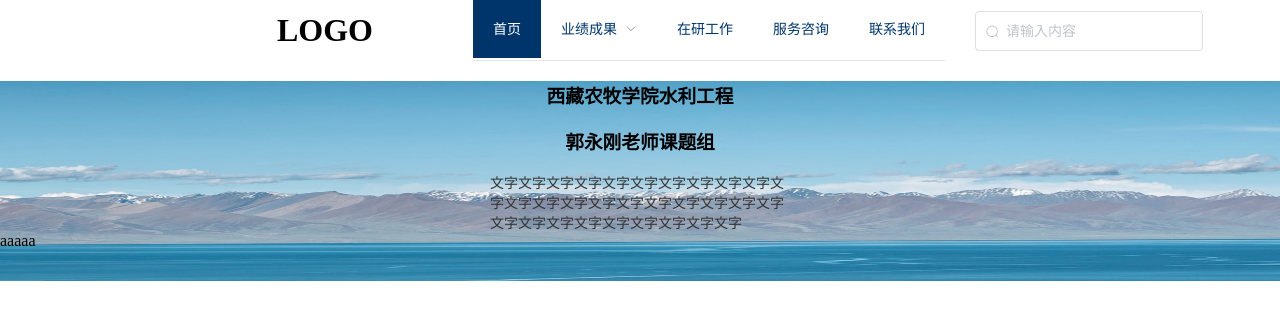
Repository: BLSY/xzust
Page: /
These files come from the project's save history. The page is drawn as it stood at one moment and after the next save; the edit follows.
The browser window is 1280 px wide. The pictures show the whole page.
The project was rebuilt for these pictures with package versions that can differ from the ones it lists, and the page was loaded fresh each time.

Above is the page before, as saved 2022-11-26 20:58:31.

### index.html
<!DOCTYPE html>
<html>
  <head>
    <meta charset="utf-8">
    <meta name="viewport" content="width=device-width,initial-scale=1.0">
    <title>student</title>
  </head>
  <body style="margin:0;">
    <div id="app"></div>
    <!-- built files will be auto injected -->
  </body>
</html>

### src/main.js
// The Vue build version to load with the `import` command
// (runtime-only or standalone) has been set in webpack.base.conf with an alias.
import Vue from 'vue'
import App from './App'
import ElementUI from 'element-ui';
import 'element-ui/lib/theme-chalk/index.css';
import router from './router'

Vue.use(ElementUI);
Vue.config.productionTip = false

/* eslint-disable no-new */
new Vue({
  el: '#app',
  router,
  components: { App },
  template: '<App/>'
})

### src/App.vue
<template>
  <div id="app">
    <router-view/>
  </div>
</template>

<script>
export default {
  name: 'App'
}
</script>

<style>
#app {

}
</style>

### src/components/HelloWorld.vue
<template>
  <div class="indexBox">
    <div class="nav">
      <div class="login">LOGO</div>
      <div class="navList">
        <el-menu
          :default-active="activeIndex2"
          class="el-menu-demo"
          mode="horizontal"
          @select="handleSelect"
          background-color="#fff"
          text-color="#00356B"
          active-text-color="#fff"
        >
          <el-menu-item index="1">首页</el-menu-item>
          <el-submenu index="2">
            <template slot="title">业绩成果</template>
            <el-menu-item index="2-1">选项1</el-menu-item>
            <el-menu-item index="2-2">选项2</el-menu-item>
            <el-menu-item index="2-3">选项3</el-menu-item>
          </el-submenu>
          <el-menu-item index="3">在研工作</el-menu-item>
          <el-menu-item index="4">服务咨询</el-menu-item>
          <el-menu-item index="5">联系我们</el-menu-item>
        </el-menu>
      </div>
      <div class="serch">
        <el-input
          placeholder="请输入内容"
          prefix-icon="el-icon-search"
          v-model="input2"
        >
        </el-input>
      </div>
    </div>
    <div class="top">
      <div class="toptext">
        <h3>西藏农牧学院水利工程</h3>
        <h3>郭永刚老师课题组</h3>
        <div class="detil">
          文字文字文字文字文字文字文字文字文字文字文字文字文字文字文字文字文字文字文字文字文字文字文字文字文字文字文字文字文字文字
        </div>

      </div>
      <div class="starvidio">
          aaaaa
        </div>
    </div>
  </div>
</template>

<script>
export default {
  name: "HelloWorld",
  data() {
    return {
      activeIndex2: "1",
      input2: "",
    };
  },
  props: {
    msg: String,
  },
  methods: {
    handleSelect(key, keyPath) {
      console.log(key, keyPath);
    },
  },
};
</script>

<!-- Add "scoped" attribute to limit CSS to this component only -->
<style scoped >
.indexBox {
  margin:0;
  padding: 0;
  width: 100%;
  height: 100%;
  position: relative;


}
.nav {
  width: 100%;
  display: flex;
  align-items: center;
  justify-content: center;
}
.login {
  display: inline-block;
  font-size: 32px;
  font-weight: bold;
  font-family: MicrosoftYaHei;
  margin-left: 200px;
  margin-right: 100px;
}
.navList{
  display: inline-block;
}
.serch{
  display: inline-block;
  margin-left:30px ;
}
.el-menu-item.is-active{
  background: #00356B !important;
}
.top{
  background: url(../assets/topbackg.jpg) no-repeat ;
  background-size:100% 100% ;
  width: 100%;
  height: 200px;
}
  .toptext{
    margin-top: 20px;
    width: 100%;
    text-align: center;
  }
  .detil{
    display: inline-block;
    width:300px;
    font-size: 14px;
    text-align: left;
    color:#333;
  }
</style>

Loaded but not shown: src/router/index.js (common file)

After the next save:
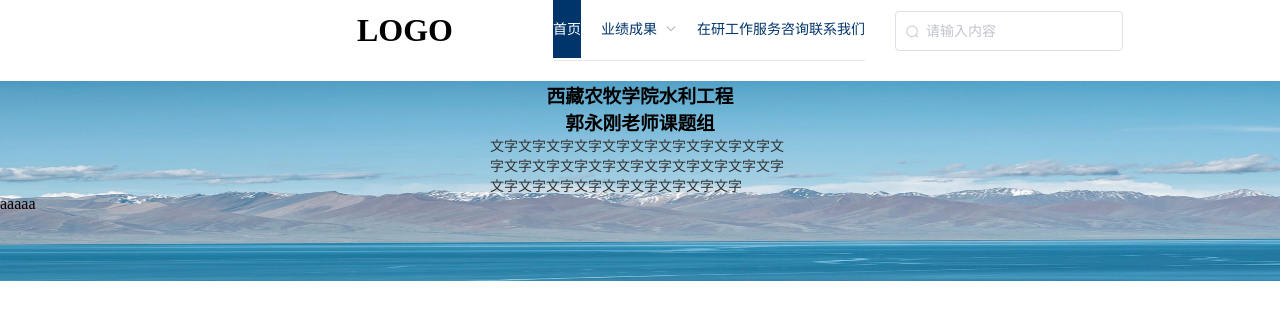
Saved 12 s later.
--- a/src/components/HelloWorld.vue
+++ b/src/components/HelloWorld.vue
@@ -71,9 +71,12 @@
 
 <!-- Add "scoped" attribute to limit CSS to this component only -->
 <style scoped >
+*{
+   margin:0;
+  padding: 0;
+}
 .indexBox {
-  margin:0;
-  padding: 0;
+
   width: 100%;
   height: 100%;
   position: relative;
